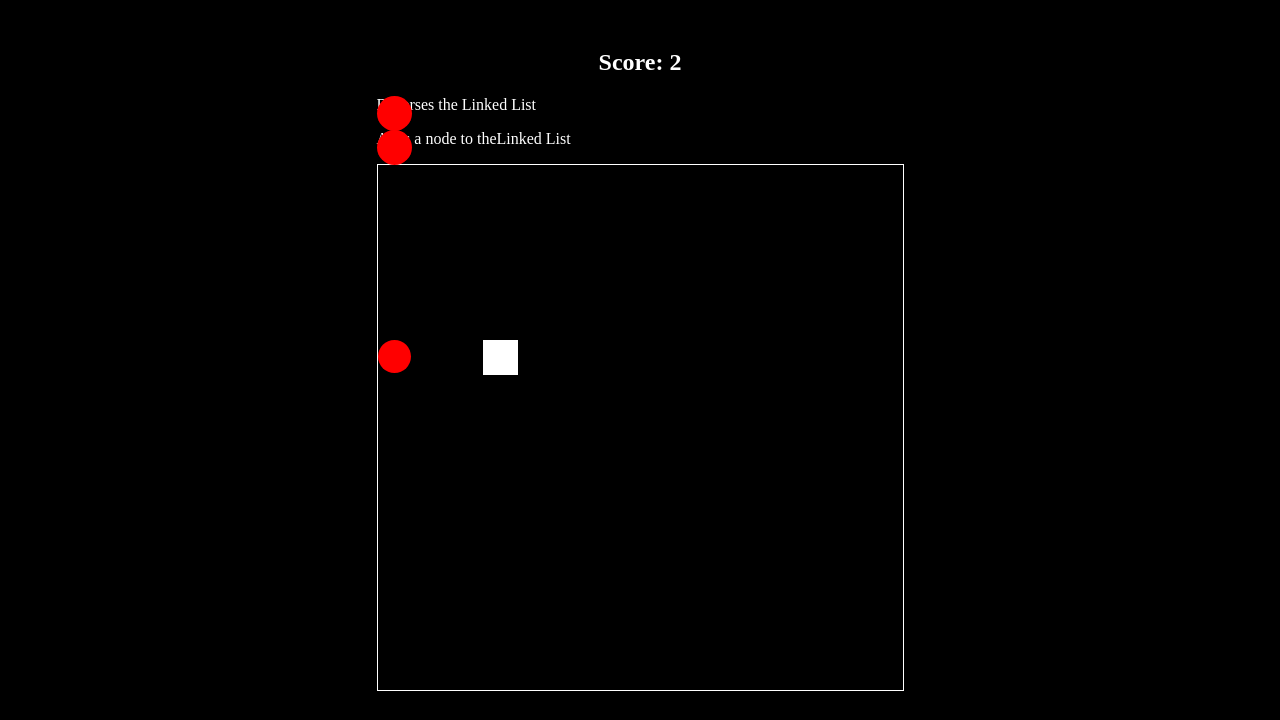
Repository: rehans-Life/linkedlist-snake-game
Page: /
These files come from the project's save history. The page is drawn as it stood at one moment and after the next save; the edit follows.
The browser window is 1280 px wide. The pictures show the whole page.
The project was rebuilt for these pictures with package versions that can differ from the ones it lists, and the page was loaded fresh each time. The framework's server and built-in components were replaced by stand-ins that run in the browser. Also part of the build but not shown: next.config.js.

Above is the page before, as saved 2023-04-16 02:41:32.

### pages/index.js
import Head from "next/head";
import styles from "../styles/Home.module.css";
import Board from "../components/Board";

export default function Home() {
  return (
    <div className={styles.container}>
      <Head>
        <title>Linked List Snake Game</title>
        <meta name="description" content="linked list snake game" />
        <link rel="icon" href="/favicon.ico" />
      </Head>
      <Board />
    </div>
  );
}

### styles/globals.css
@import url("https://fonts.googleapis.com/css2?family=Poppins:wght@100;200;300;400;500&display=swap");

html,
body {
  padding: 0;
  margin: 0;
}

a {
  color: inherit;
  text-decoration: none;
}

* {
  box-sizing: border-box;
  font-family: Poppins sans-serif;
}

button {
  margin: 0;
  padding: 0;
}

### styles/Home.module.css
.container {
  background-color: rgb(0, 0, 0);
  height: 100vh;
  display: flex;
  align-items: center;
  justify-content: center;
}

.board {
  border: 1px solid white;
}

.score {
  color: white;
  width: 100%;
  text-align: center;
}

.row {
  display: flex;
  align-items: center;
  justify-content: center;
}

.cell {
  width: 35px;
  height: 35px;
}

.snake_cell {
  background-color: green;
}

.food_cell {
  position: relative;
}

.food_cell::before {
  content: "";
  height: 95%;
  position: absolute;
  width: 95%;
  border-radius: 50%;
  background-color: red;
}

.reverse_cell {
  position: relative;
}

.reverse_cell::before {
  content: "";
  height: 95%;
  position: absolute;
  width: 95%;
  border-radius: 50%;
  background-color: purple;
}

.head {
  background-color: white;
}

.circle {
  content: "";
  height: 35px;
  position: absolute;
  width: 35px;
  border-radius: 50%;
}

.reverse {
  background-color: purple;
}

.food {
  background-color: red;
}

.text {
  color: white;
}

### components/Board.jsx
/* eslint-disable react-hooks/exhaustive-deps */
import React, { useEffect, useState } from "react";
import styles from "../styles/Home.module.css";
import { createBoard, randomIntInIntervel } from "../utils";

const BOARD_SIZE = 10;

// A Class to represent each node of the linked list
class Node {
  constructor(value, row, col) {
    this.value = value;
    this.row = row;
    this.col = col;
    this.next = null;
  }
}

// A class to represent the singly linked list
class SinglyLinkedList {
  constructor(head) {
    let node = new Node(head.value, head.row, head.col);
    this.head = node;
    this.tail = node;
  }
}

const Direction = {
  UP: "UP",
  RIGHT: "RIGHT",
  DOWN: "DOWN",
  LEFT: "LEFT",
};

const reverseDirection = {
  UP: "DOWN",
  RIGHT: "LEFT",
  DOWN: "UP",
  LEFT: "RIGHT",
};

export default function Board() {
  const [board, setBoard] = useState(createBoard(15));

  // A set to store the values of all snake cells intially our snake will be of size
  // one cell and start from the 44th cells.
  const [snakeCells, setSnakeCells] = useState(new Set([80]));

  // A linked list for our snake initally going to have only one node which
  // is at cell 44.
  const [linkedlist, setLinkedList] = useState(
    new SinglyLinkedList({ value: 80, row: 5, col: 4 })
  );

  const [foodCell, setFoodCell] = useState(85);
  const [direction, setDirection] = useState(Direction.RIGHT);

  const [reverseLinkedList, setReverseLinkedList] = useState(false);
  const [counter, setCounter] = useState(0);

  useEffect(() => {
    window.addEventListener("keydown", (e) => {
      handleKeyDown(e.key);
    });
    let gameStartInternal = setInterval(() => {
      setLinkedList((currLinkedList) => moveLinkedList(currLinkedList));
    }, 250);
    return () => {
      clearInterval(gameStartInternal);
    };
  }, [direction, foodCell, snakeCells]);

  useEffect(() => {
    setSnakeCells((currSnakeCells) => moveSnakeCells(currSnakeCells));
  }, [linkedlist]);

  useEffect(() => {
    setCounter((curr) => curr + 1);
  }, [foodCell]);

  function handleKeyDown(key) {
    const direction = getDirectionFromKey(key);
    if (direction === "") return;
    setDirection(direction);
  }

  const getDirectionFromKey = (key) => {
    if (key === "ArrowUp") return Direction.UP;
    if (key === "ArrowRight") return Direction.RIGHT;
    if (key === "ArrowDown") return Direction.DOWN;
    if (key === "ArrowLeft") return Direction.LEFT;
    return "";
  };

  function moveLinkedList(originalLinkedlist) {
    let linkedList = copyLinkedList(originalLinkedlist);
    let currHead = linkedList.head;
    let newHead = createNewNodeInDirection(board, currHead);

    if (!newHead) {
      setFoodCell(85);
      setDirection(Direction.RIGHT);
      setCounter(0);
      return new SinglyLinkedList({ value: 80, row: 5, col: 4 });
    }

    currHead.next = newHead;
    if (newHead.value === foodCell) {
      if (reverseLinkedList) {
        let reversedLinkedList = createReverseLinkedList(linkedList);
        let newDirection = newReverseDirection(originalLinkedlist.tail);
        setDirection(newDirection);
        while (true) {
          let newFoodCell = randomIntInIntervel(1, board[14][14]);
          if (!snakeCells.has(newFoodCell)) {
            setReverseLinkedList(Math.random() < 0.3);
            setFoodCell(newFoodCell);
            break;
          }
        }
        return { head: reversedLinkedList.head, tail: currHead };
      }

      let growthCell = createNewNodeForGrowth(board, linkedList.tail);
      let temp = linkedList.tail;
      linkedList.tail = growthCell;
      linkedList.tail.next = temp;

      while (true) {
        let newFoodCell = randomIntInIntervel(1, board[14][14]);
        if (!snakeCells.has(newFoodCell)) {
          setReverseLinkedList(Math.random() < 0.3);
          setFoodCell(newFoodCell);
          break;
        }
      }
    }
    return { head: newHead, tail: linkedList.tail.next };
  }

  function newReverseDirection(currHead) {
    let newDirection;
    let nextToHead = currHead.next;

    if (!nextToHead) {
      if (direction === "RIGHT") newDirection = reverseDirection["RIGHT"];
      else if (direction === "LEFT") newDirection = reverseDirection["LEFT"];
      else if (direction === "UP") newDirection = reverseDirection["UP"];
      else newDirection = reverseDirection["DOWN"];
      return newDirection;
    }

    if (direction === "RIGHT") {
      if (nextToHead.col === currHead.col - 1) {
        newDirection = "RIGHT";
      } else {
        newDirection = "LEFT";
      }
    }

    if (direction === "LEFT") {
      if (nextToHead.col === currHead.col + 1) {
        newDirection = "LEFT";
      } else {
        newDirection = "RIGHT";
      }
    }

    if (direction === "UP") {
      if (nextToHead.row === currHead.row + 1) {
        newDirection = "UP";
      } else {
        newDirection = "DOWN";
      }
    }

    if (direction === "DOWN") {
      if (nextToHead.row === currHead.row - 1) {
        newDirection = "DOWN";
      } else {
        newDirection = "UP";
      }
    }
    return newDirection;
  }

  function createReverseLinkedList(linkedList) {
    let tail = linkedList.tail;
    let curr = null;
    let prev = tail;

    while (prev) {
      let temp = prev.next;
      prev.next = curr;
      curr = prev;
      prev = temp;
    }

    return { head: tail, tail: curr };
  }

  function createNewNodeForGrowth(board, currTail) {
    let newTail;
    if (direction === "LEFT")
      newTail = new Node(
        board[currTail.row][currTail.col + 1],
        currTail.row,
        currTail.col + 1
      );
    else if (direction === "RIGHT")
      newTail = new Node(
        board[currTail.row][currTail.col - 1],
        currTail.row,
        currTail.col - 1
      );
    else if (direction === "DOWN") {
      if (currTail.row - 1 < 0) {
        newTail = new Node(
          board[currTail.row + 1][currTail.col],
          currTail.row + 1,
          currTail.col
        );
      } else {
        newTail = new Node(
          board[currTail.row - 1][currTail.col],
          currTail.row - 1,
          currTail.col
        );
      }
    } else if (direction === "UP") {
      if (currTail.row + 1 >= 15) {
        newTail = new Node(
          board[currTail.row - 1][currTail.col],
          currTail.row - 1,
          currTail.col
        );
      } else {
        newTail = new Node(
          board[currTail.row + 1][currTail.col],
          currTail.row + 1,
          currTail.col
        );
      }
    }

    return newTail;
  }

  function createNewNodeInDirection(board, currHead) {
    let newHead = false;
    if (
      direction === "LEFT" &&
      currHead.col - 1 >= 0 &&
      !snakeCells.has(board[currHead.row][currHead.col - 1])
    )
      newHead = new Node(
        board[currHead.row][currHead.col - 1],
        currHead.row,
        currHead.col - 1
      );
    else if (
      direction === "RIGHT" &&
      currHead.col + 1 < 15 &&
      !snakeCells.has(board[currHead.row][currHead.col + 1])
    )
      newHead = new Node(
        board[currHead.row][currHead.col + 1],
        currHead.row,
        currHead.col + 1
      );
    else if (
      direction === "DOWN" &&
      currHead.row + 1 < 15 &&
      !snakeCells.has(board[currHead.row + 1][currHead.col])
    )
      newHead = new Node(
        board[currHead.row + 1][currHead.col],
        currHead.row + 1,
        currHead.col
      );
    else if (
      direction === "UP" &&
      currHead.row - 1 >= 0 &&
      !snakeCells.has(board[currHead.row - 1][currHead.col])
    )
      newHead = new Node(
        board[currHead.row - 1][currHead.col],
        currHead.row - 1,
        currHead.col
      );
    return newHead;
  }

  function copyLinkedList(linkedList) {
    let node = linkedList.tail;
    let newNode = new Node(node.value, node.row, node.col);
    let newTail = newNode;
    while (node.next) {
      let next = node.next;
      let newNext = new Node(next.value, next.row, next.col);
      node = next;
      newNode.next = newNext;
      newNode = newNext;
    }
    return {
      head: newNode,
      tail: newTail,
    };
  }

  function moveSnakeCells() {
    let movedSnake = [];
    let node = linkedlist.tail;

    while (node) {
      movedSnake.push(node.value);
      node = node.next;
    }
    movedSnake.reverse();
    return new Set(movedSnake);
  }

  const infos = [
    {
      color: "purple",
      text: "Reverses the Linked List",
    },
    {
      color: "red",
      text: "Adds a node to theLinked List",
    },
  ];

  const Info = ({ text, color }) => {
    return (
      <div>
        <div
          className={`${styles.circle} ${
            color === "Purple" ? styles.reverse : styles.food
          }`}
        ></div>
        <p className={styles.text}>{text}</p>
      </div>
    );
  };

  return (
    <div>
      <h2 className={styles.score}>Score: {counter}</h2>
      <div className={styles.infos}>
        {infos.map(({ color, text }, index) => (
          <Info text={text} color={color} key={index} />
        ))}
      </div>
      <div className={styles.board}>
        {board.map((row, i) => (
          <div key={i} className={styles.row}>
            {row.map((value, j) => (
              <div
                key={j}
                className={`${styles.cell} ${
                  linkedlist.head.value === value
                    ? styles.head
                    : snakeCells.has(value)
                    ? styles.snake_cell
                    : reverseLinkedList && value === foodCell
                    ? styles.reverse_cell
                    : value === foodCell
                    ? styles.food_cell
                    : ""
                }`}
              ></div>
            ))}
          </div>
        ))}
      </div>
    </div>
  );
}

### utils.js
export const randomIntInIntervel = (max, min) => {
  return Math.floor(Math.random() * (max - min + 1)) + min;
};

export const createBoard = (board_size) => {
  // All the cells which have a certain value assigned to them
  let board = [];
  let counter = 1;
  for (let i = 0; i < board_size; i++) {
    let row = [];
    for (let j = 0; j < board_size; j++) row.push(counter++);
    board.push(row);
  }
  return board;
};

Loaded but not shown: pages/_app.js (common file)

After the next save:
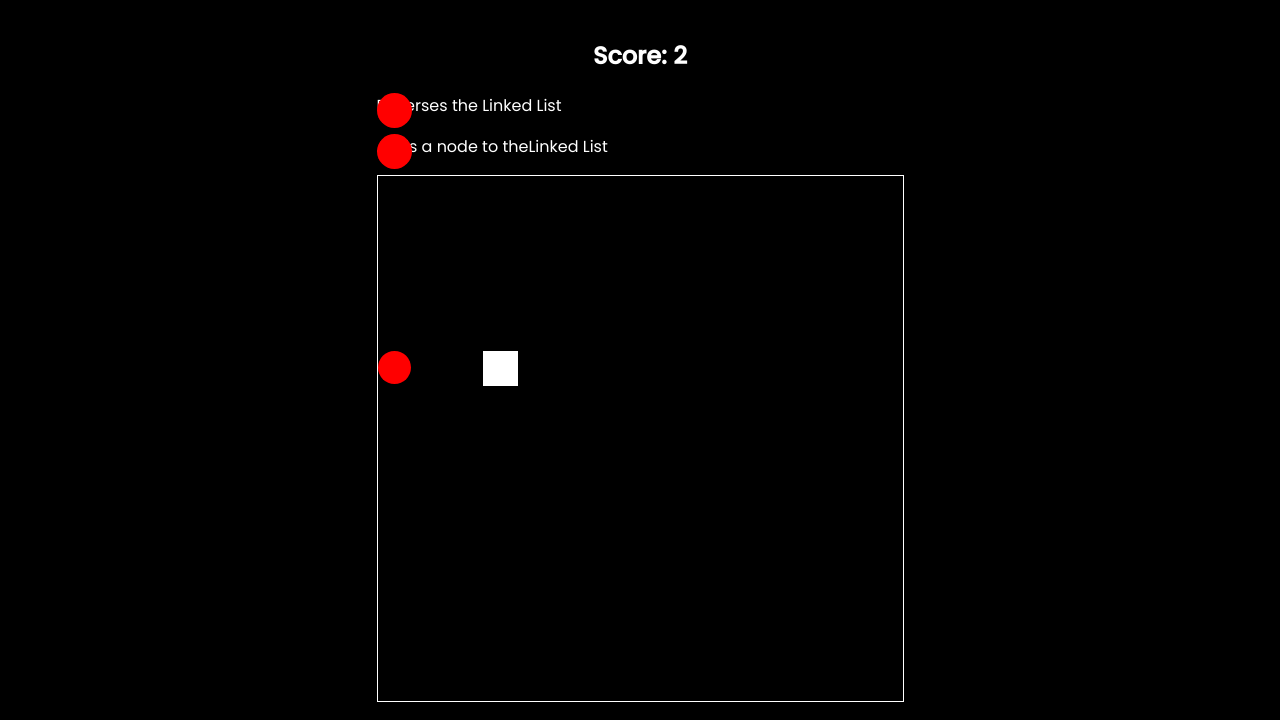
Saved 16 s later.
--- a/styles/globals.css
+++ b/styles/globals.css
@@ -13,7 +13,7 @@ a {
 
 * {
   box-sizing: border-box;
-  font-family: Poppins sans-serif;
+  font-family: Poppins;
 }
 
 button {
